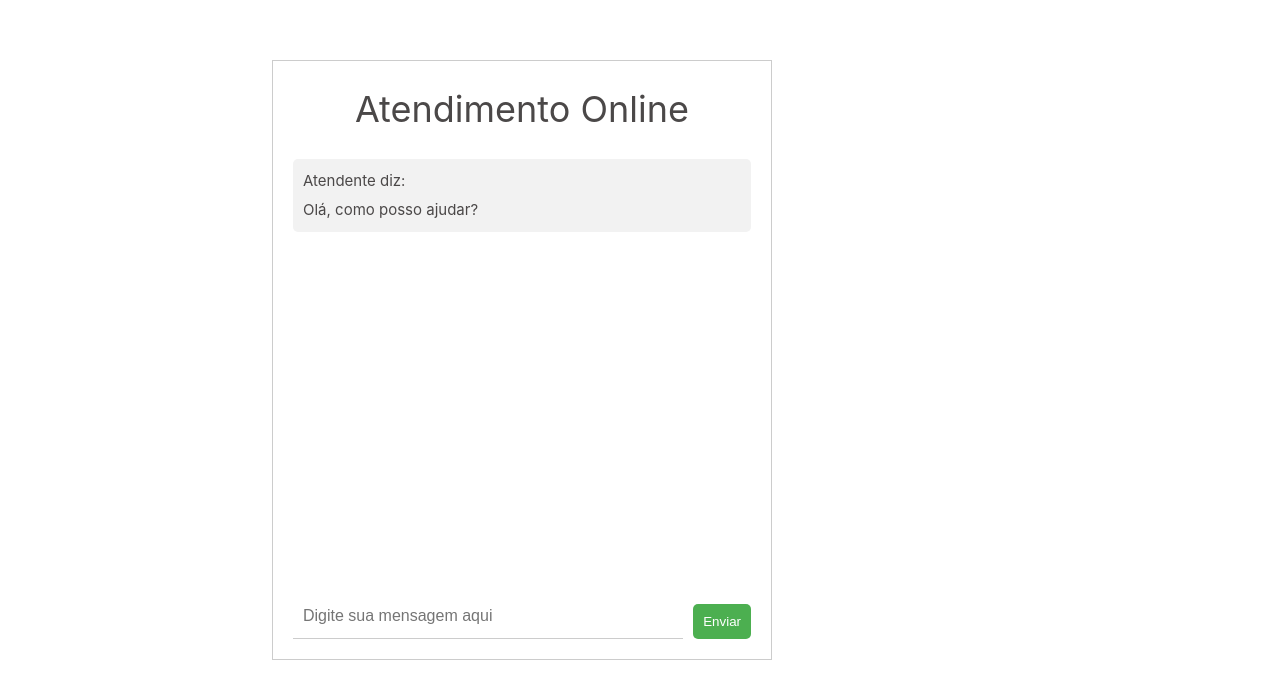
Repository: GabrielGuinzani/vueChat
Page: /
An editor plug-in stored every save of this project. The page is shown before and after the next save, followed by the edit.
The browser window is 1280 px wide. The pictures show the whole page.
Some web libraries are served in a nearby version. The project was rebuilt for these pictures with package versions that can differ from the ones it lists, and the page was loaded fresh each time. Also part of the build but not shown: vite.config.js.

Above is the page before, as saved 2023-04-19 11:52:13.

After the next save:
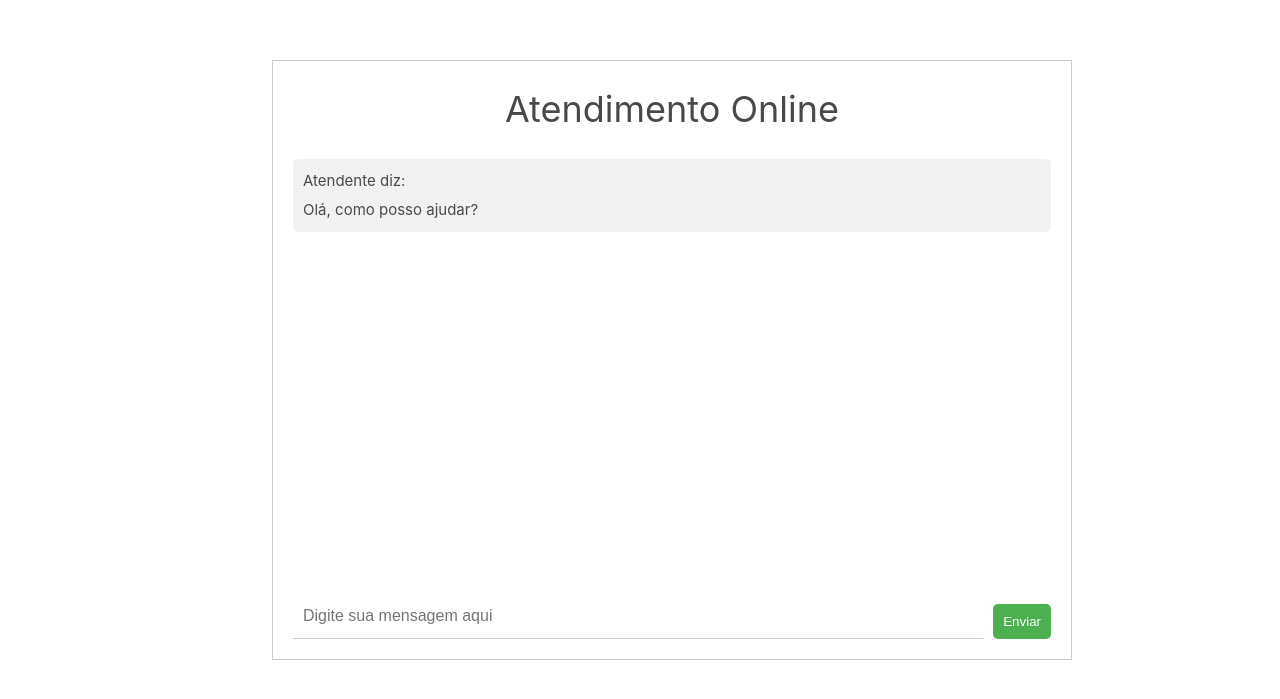
Saved 20 s later.
--- a/src/App.vue
+++ b/src/App.vue
@@ -66,7 +66,7 @@ body {
 }
 
 #chat-screen {
-  width: 500px;
+  width: 800px;
   height: 600px;
   margin: 0 auto;
   border: 1px solid #ccc;
